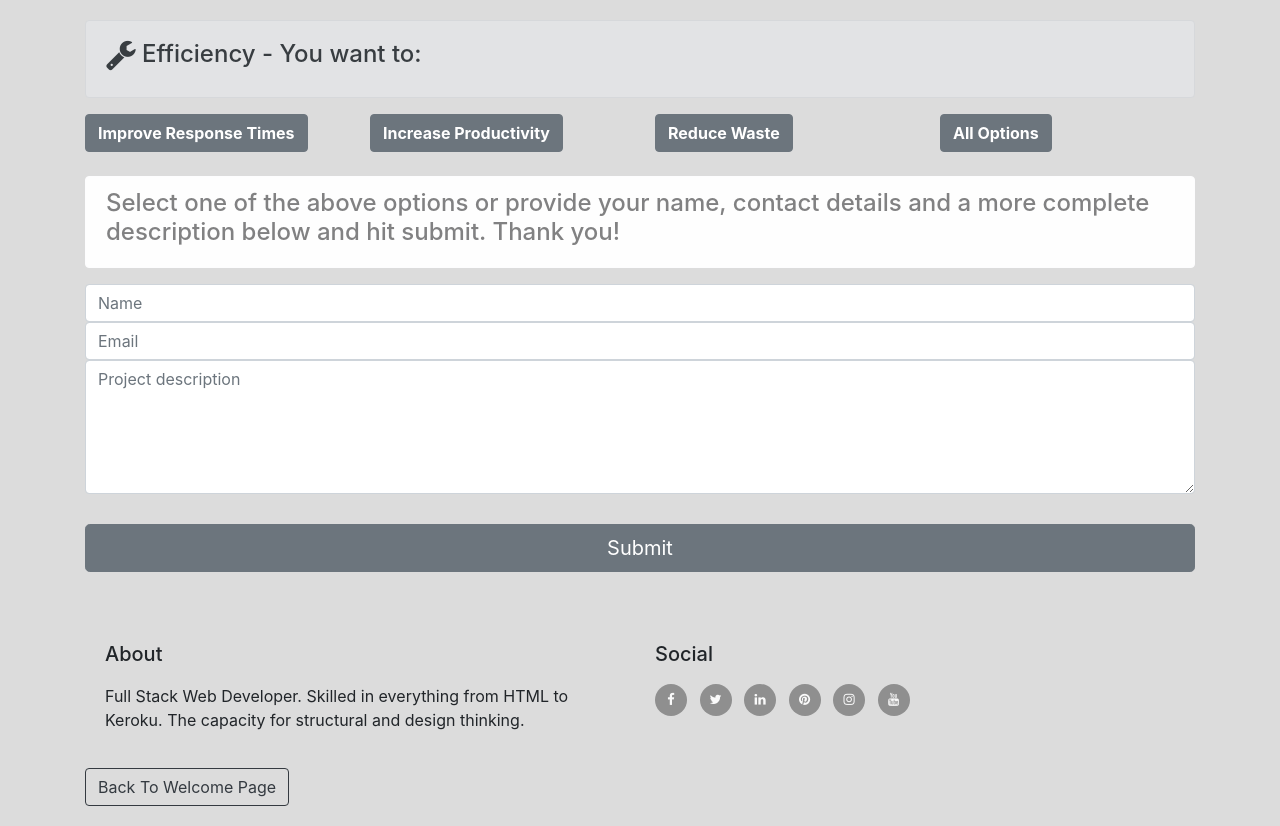
Repository: Code-Institute-Submissions/tenerim-milestone1
Page: Efficiency.html
The author's editor kept a record of every edit. The page is drawn from the files as they stood at one moment, then again after the next edit.
The browser window is 1280 px wide. The pictures show the whole page.

Above is the page before.

### Efficiency.html
<!DOCTYPE html>
<html lang="en">

<head>
    <meta charset="UTF-8">
    <meta name="viewport" content="width=device-width, initial-scale=1.0">
    <meta http-equiv="X-UA-Compatible" content="ie=edge">
    <link rel="stylesheet" href="https://stackpath.bootstrapcdn.com/bootstrap/4.3.1/css/bootstrap.min.css" type="text/css" />
    <link href="https://stackpath.bootstrapcdn.com/bootstrap/4.3.1/css/bootstrap.min.css" rel="stylesheet" integrity="sha384-ggOyR0iXCbMQv3Xipma34MD+dH/1fQ784/j6cY/iJTQUOhcWr7x9JvoRxT2MZw1T" crossorigin="anonymous">
    <link rel="stylesheet" href="https://stackpath.bootstrapcdn.com/font-awesome/4.7.0/css/font-awesome.min.css" type="text/css" />
    <link href="https://stackpath.bootstrapcdn.com/font-awesome/4.7.0/css/font-awesome.min.css" rel="stylesheet" integrity="sha384-wvfXpqpZZVQGK6TAh5PVlGOfQNHSoD2xbE+QkPxCAFlNEevoEH3Sl0sibVcOQVnN" crossorigin="anonymous">
    <link rel="stylesheet" href="assets/css/style.css" type="text/css" />
    <title>MT Milestone Project 1</title>

</head>

<!-------------------------------------------------------------Efficiency -->

<body>

    <section id="Efficiency">

        <div class="container">

            <div class="row">
                <div class="col-sm-12">
                    <div class="alert alert-secondary" role="alert">
                        <h4 class="alert-heading"><i class="fa fa-wrench fa-lg" aria-hidden="true"></i> Efficiency - You want to:</h4>
                    </div>
                </div>
            </div>

            <div class="row">

                <div class="col-sm-3">
                    <button type="button" class="btn btn-secondary"><a href="#" class="alert-link">Improve Response Times</a></button> <br />
                </div>
                <div class="col-sm-3">
                    <button type="button" class="btn btn-secondary"><a href="#" class="alert-link">Increase Productivity</a></button> <br />
                </div>
                <div class="col-sm-3">
                    <button type="button" class="btn btn-secondary"><a href="#" class="alert-link">Reduce Waste</a></button> <br />
                </div>
                <div class="col-sm-3">
                    <button type="button" class="btn btn-secondary"><a href="#" class="alert-link">All Options</a></button> <br /> <br />
                </div>
            </div>

            <div class="alert alert-light" role="alert">
                <h4 class="alert-heading">Select one of the above options or provide your name, contact details and a more complete description below and hit submit. Thank you!</h4>
            </div>

            <div class="center-form">
                <form>
                    <input type="text" name="name" id="fullname" class="form-control" placeholder="Name" required />
                    <input type="email" name="email" id="emailaddress" class="form-control" placeholder="Email" required />
                    <textarea rows="5" name="projectsummary" id="projectsummary" class="form-control" placeholder="Project description" required></textarea>
                    <div class="form-row text-center">
                        <div class="col">
                            <button type="submit" class="btn btn-secondary btn-lg btn-block">Submit</button>
                        </div>
                    </div>
                </form>
            </div>

        </div>

    </section>


    <!-------------------------------------------------------------Footer -->


    <Section id="footer" ;>

        <footer class="container">
            <div id="footer-details" class="row">
                <div class="col-sm-6">
                    <h5 class="uppercase general-sub">About</h5>
                    <p class "inline-block">
                        Full Stack Web Developer. Skilled in everything from HTML to Keroku. The capacity for structural and design thinking.</p>
                </div>


                <div class="col-sm-6">
                    <h5 class="uppercase general-sub">Social</h5>
                    <ul class="list-inline social-links">
                        <li class="list-inline-item">
                            <a target="_blank" href="#">
                            <i class="fa fa-facebook" aria-hidden="true"></i>
                            <span class="sr-only">Facebook</span>
                        </a>
                        </li>
                        <li class="list-inline-item">
                            <a target="_blank" href="#">
                            <i class="fa fa-twitter" aria-hidden="true"></i>
                            <span class="sr-only">twitter</span>
                        </a>
                        </li>
                        <li class="list-inline-item">
                            <a target="_blank" href="#">
                            <i class="fa fa-linkedin" aria-hidden="true"></i>
                            <span class="sr-only">LinkedIn</span>
                        </a>
                        </li>
                        <li class="list-inline-item">
                            <a target="_blank" href="#">
                            <i class="fa fa-pinterest" aria-hidden="true"></i>
                            <span class="sr-only">Pinterest</span>
                        </a>
                        </li>
                        <li class="list-inline-item">
                            <a target="_blank" href="#">
                            <i class="fa fa-instagram" aria-hidden="true"></i>
                            <span class="sr-only">Instagram</span>
                        </a>
                        </li>
                        <li class="list-inline-item">
                            <a target="_blank" href="#">
                            <i class="fa fa-youtube" aria-hidden="true"></i>
                            <span class="sr-only">YouTube</span>
                        </a>
                        </li>
                    </ul>
                </div>
            </div>
            <a href="index.html"> <button type="button" class="btn btn-outline-dark">Back To Welcome Page</button> </a>
        </footer>

    </Section>

</body>

</html>

### assets/css/style.css
.container-fluid {
    background-color: rgb(220, 220, 220);
}

section {
    background-color: rgb(220, 220, 220);
    padding-top: 10px;
    padding-bottom: 10px
}


.splash {
    background-color: rgb(192, 192, 192)
}


.display-4 {
    padding-top: 50px
}


.lead {
    padding-bottom: 50px
}


.headbox {
    border-radius: 25px;
    border: 2px solid #73AD21;
    padding: 10px;
    text-align: center;
    width: 200px;

}

h4 {
    color: rgb(255, 255, 255)
}


.alert-link {

color: rgb(255, 255, 255)
}

.nav-link {

color: black

}



/*--------------------------------------How I Got Here-----*/

.timeline-item {
    padding: 0em 1em 1em 1em;
    border-left: 1px solid
}

.timeline-item:before {
    content: attr(data-dates);
    left: 2.5em;
    top: 3em;
    display: block;
    font-weight: 500;
    font-size: 1em;
    color: #000099;
}

.timeline-item:after {
    width: 12px;
    height: 12px;
    display: block;
    top: -3em;
    position: relative;
    left: -23px;
    border-radius: 12px;
    content: "";
    background: #000099
}


/*--------------------------------------How I Add Value-----*/

.values {
        font-size: 13px;
        color: #fafafa
    }






/*--------------------------------------Contact-----*/

.contact {
  position: relative;
  text-align: center;
  color: white
}


.top-left {
  position: absolute;
  top: 8px;
  left: 16px
}




/*--------------------------------------Footer-----*/

.social-links {
    padding-bottom: 15px
}

.social-links li a i {
    width: 32px;
    height: 32px;
    padding: 12px 0;
    border-radius: 50%;
    font-size: 13px;
    line-height: 7px;
    text-align: center;
    color: #fafafa;
    background: #8f8f8f;
    transition: all 0.35s ease-in-out;
    -moz-transition: all 0.35s ease-in-out;
    -webkit-transition: all 0.35s ease-in-out;
    -o-transition: all 0.35s ease-in-out
}

.social-links li a i:hover {
    background: #e84610
}

#footer-details {
    padding: 20px
}


/*--------------------------------------Padding-----*/

.container
{
    padding-top: 10px;
    padding-bottom: 10px
}

h2 {
    padding-top: 10px;
    padding-bottom: 10px
}



h3 {
    padding-top: 10px;
    padding-bottom: 10px
}



h5 {
    padding-top: 10px;
    padding-bottom: 10px
}

.fa {
    padding-top: 10px;
    padding-bottom: 10px
 }

.btn-block  {
     margin-top: 10px
    }

.text-center {
    padding-top: 20px
}

.navbar {
    padding-top: 10px;
    padding-bottom: 10px
}

After the next edit:
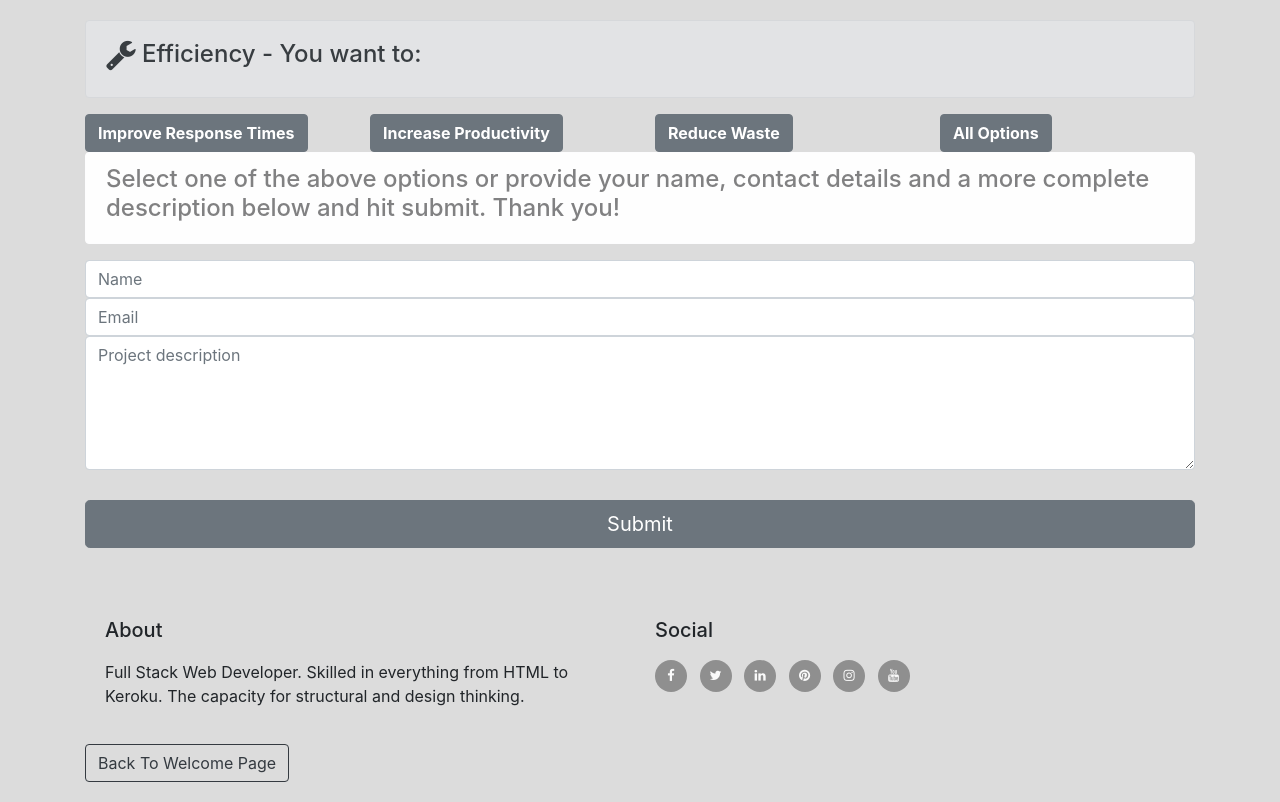
The edit:
--- a/Efficiency.html
+++ b/Efficiency.html
@@ -42,7 +42,7 @@
                     <button type="button" class="btn btn-secondary"><a href="#" class="alert-link">Reduce Waste</a></button> <br />
                 </div>
                 <div class="col-sm-3">
-                    <button type="button" class="btn btn-secondary"><a href="#" class="alert-link">All Options</a></button> <br /> <br />
+                    <button type="button" class="btn btn-secondary"><a href="#" class="alert-link">All Options</a></button>
                 </div>
             </div>
 
